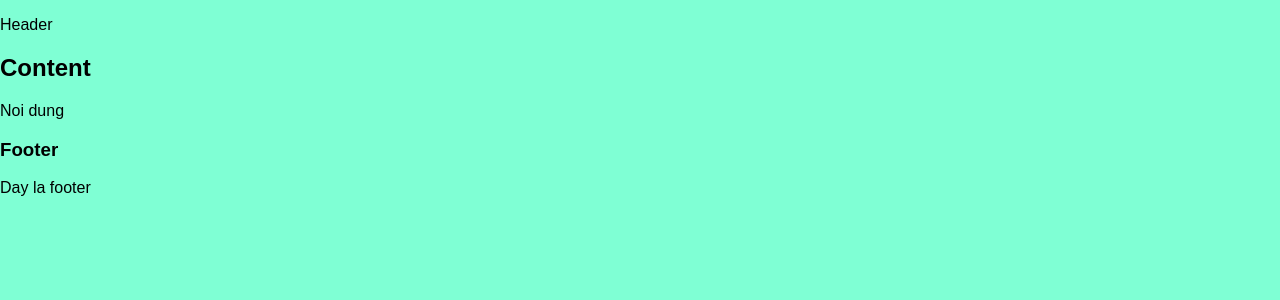
Repository: Thonghehe/Lab2_Web106
Page: Buoi2/l22.html
The author's editor kept a copy of each file at every save. The page is drawn from the files as they stood at one save, then again after the next save.
The browser window is 1280 px wide. The pictures show the whole page.

Above is the page before, as saved 2024-03-09 18:03:15.

### Buoi2/l22.html
<!DOCTYPE html>
<html lang="en">

<head>
    <meta charset="UTF-8">
    <meta name="viewport" content="width=device-width, initial-scale=1.0">
    <title>Document</title>
    <style>
        body {
            font-family: Arial, Helvetica, sans-serif;
            margin: 0;
            padding: 0;
            display: flex;
            /* Hien thi dang cot */
            flex-direction: column;
            min-width: 100vh;
            background-color: aquamarine;
        }
    </style>
</head>

<body>
    <div class="container">
        <div class="header">
            <p>Header</p>
        </div>
        <div class="content">
            <h2>Content</h2>
            <p>Noi dung</p>
        </div>
        <div class="footer">
            <h3>Footer</h3>
            <p>Day la footer</p>
        </div>
    </div>
</body>

</html>

After the next save:
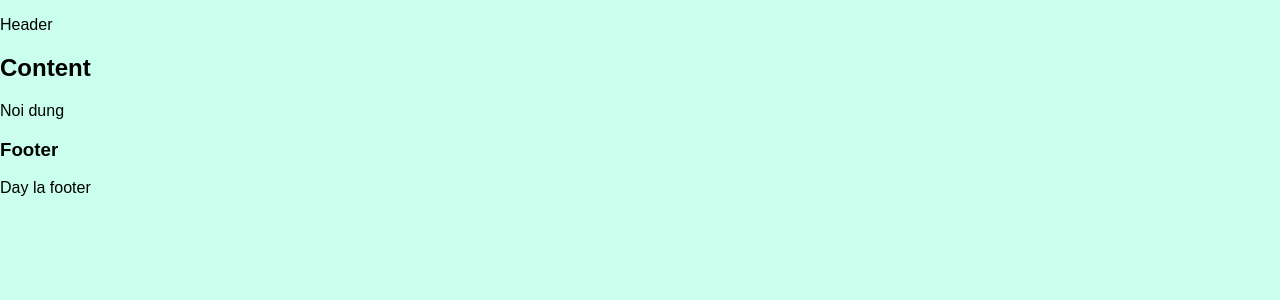
Saved 49 s later.
--- a/Buoi2/l22.html
+++ b/Buoi2/l22.html
@@ -14,7 +14,12 @@
             /* Hien thi dang cot */
             flex-direction: column;
             min-width: 100vh;
-            background-color: aquamarine;
+            background-color: rgb(202, 255, 237);
+        }
+
+        .header .footer {
+            background-color: antiquewhite;
+            color: brown;
         }
     </style>
 </head>
